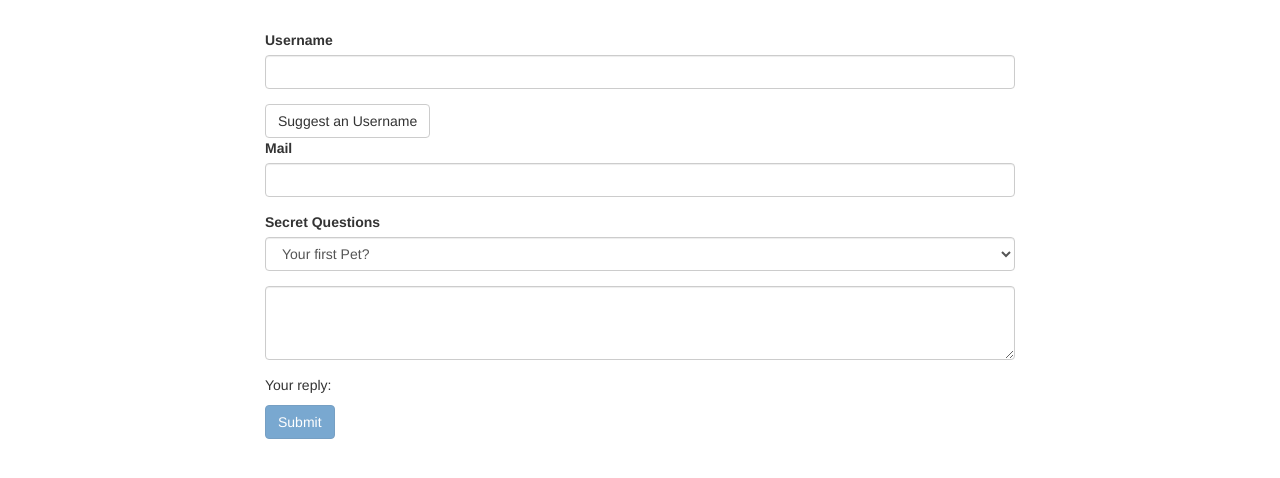
Repository: NikitasX/AngularCourse
Page: / (app in forms-start/)
The author's editor kept a copy of each file at every save. The page is drawn from the files as they stood at one save, then again after a run of saves.
The browser window is 1280 px wide. The pictures show the whole page.
The project was rebuilt for these pictures with package versions that can differ from the ones it lists, and the page was loaded fresh each time. Also part of the build but not shown: forms-start/angular.json.

Above is the page before, as saved 2020-09-25 15:57:28.

After the next 2 saves:
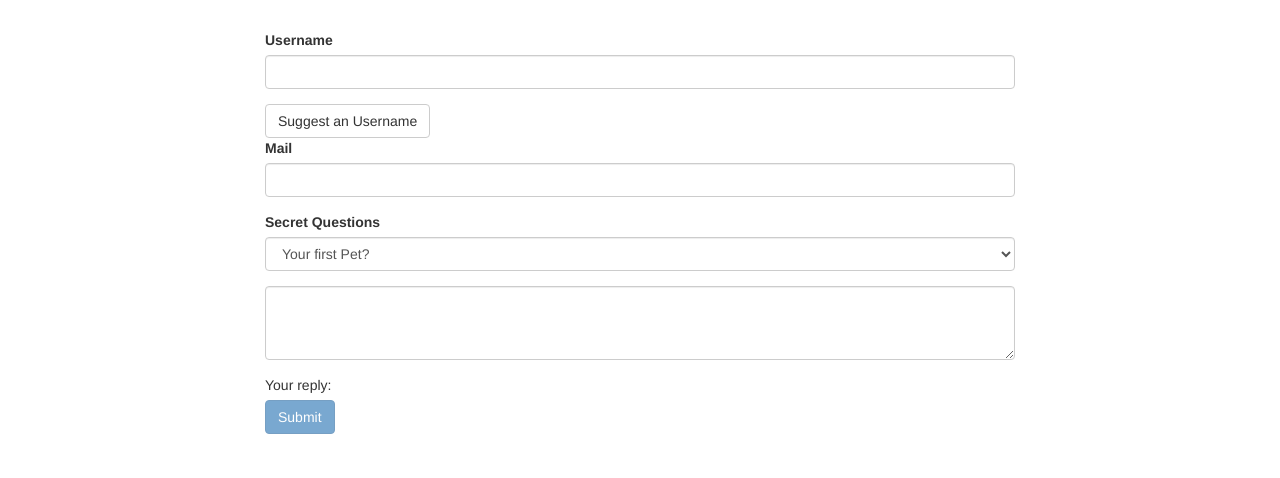
The 2 saves are shown as one change because they came seconds apart.
The last was saved 8 s later.
--- a/forms-start/src/app/app.component.html
+++ b/forms-start/src/app/app.component.html
@@ -56,7 +56,7 @@
         </div>
         <p>Your reply: {{ answer }}</p>
 
-        <div class="radio" *ng></div>
+        <div class="radio" *ngFor="let gender of genders"></div>
         <button
           class="btn btn-primary"
           type="submit"
